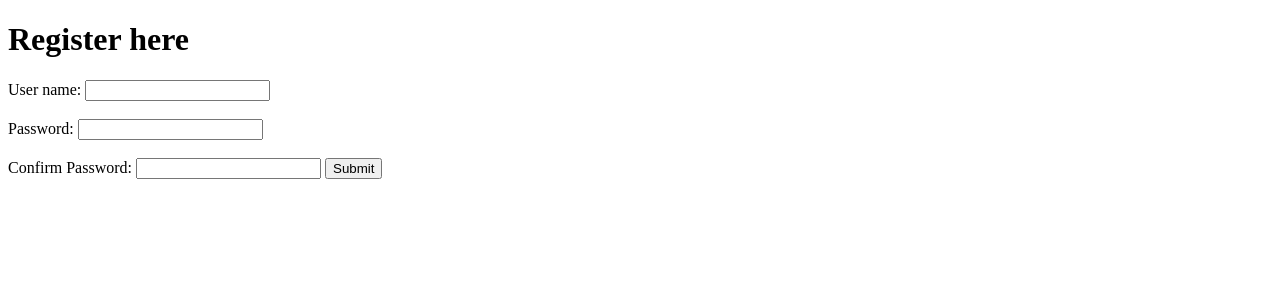
Repository: ejohnson93/CSCE_464
Page: http://localhost/hotel_management/register.jsp
An editor plug-in stored every save of this project. The page is shown before and after the next save, followed by the edit.
The browser window is 1280 px wide. The pictures show the whole page.
The page is served by Tomcat 9. Other server files are loaded and not shown.

Above is the page before, as saved 2016-01-28 17:31:31.

### hotel_management/WebContent/register.jsp
<%@ page language="java" contentType="text/html; charset=ISO-8859-1"
    pageEncoding="ISO-8859-1"%>
<!DOCTYPE html PUBLIC "-//W3C//DTD HTML 4.01 Transitional//EN" "http://www.w3.org/TR/html4/loose.dtd">
<html>
<head>
<meta http-equiv="Content-Type" content="text/html; charset=ISO-8859-1">
<title>Insert title here</title>
</head>
<body>
<h1> Register here</h1>
<form name="input" action="Register" method="post">
User name: <input type="text" name="username">
<br></br>
Password: <input type="password" name="password">
<br></br>
Confirm Password: <input type="password" name="confirm">
<input type="submit" value="Submit">
</form>
</body>
</html>

After the next save:
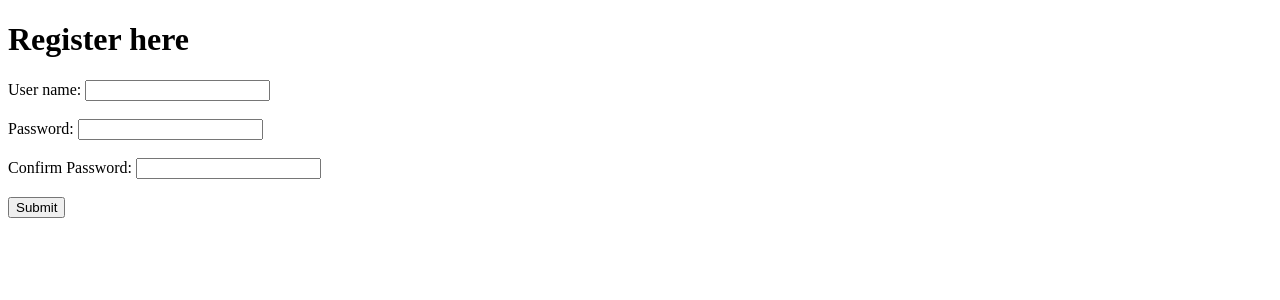
Saved 33 s later.
--- a/hotel_management/WebContent/register.jsp
+++ b/hotel_management/WebContent/register.jsp
@@ -14,6 +14,7 @@ User name: <input type="text" name="username">
 Password: <input type="password" name="password">
 <br></br>
 Confirm Password: <input type="password" name="confirm">
+<br></br>
 <input type="submit" value="Submit">
 </form>
 </body>
